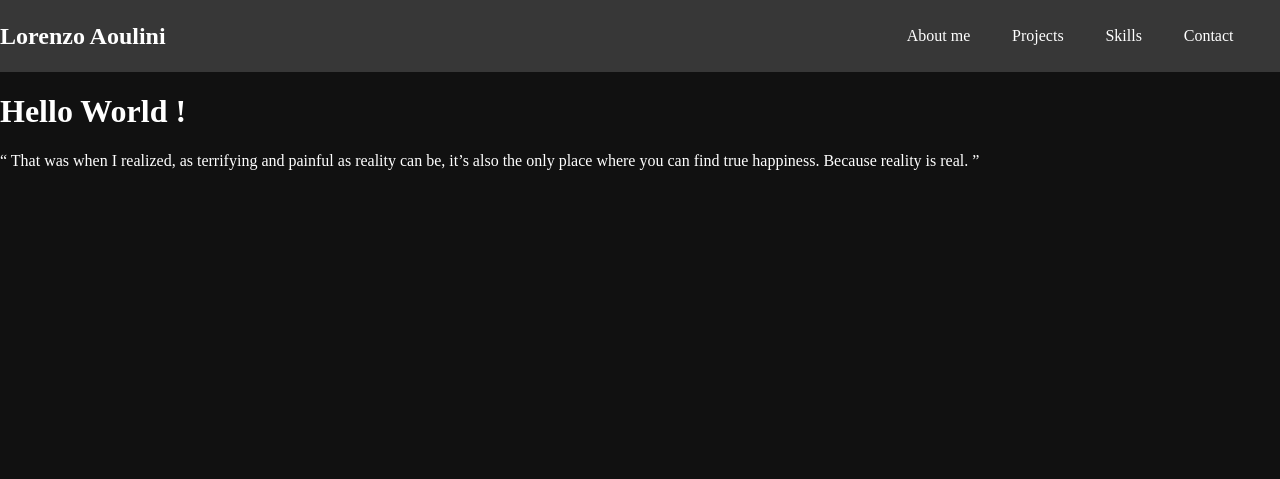
Repository: lolo298/lolo298.github.io
Page: index.html
These files come from the project's save history. The page is drawn as it stood at one moment and after the next save; the edit follows.
The browser window is 1280 px wide. The pictures show the whole page.

Above is the page before, as saved 2022-05-10 13:17:18.

After the next save:
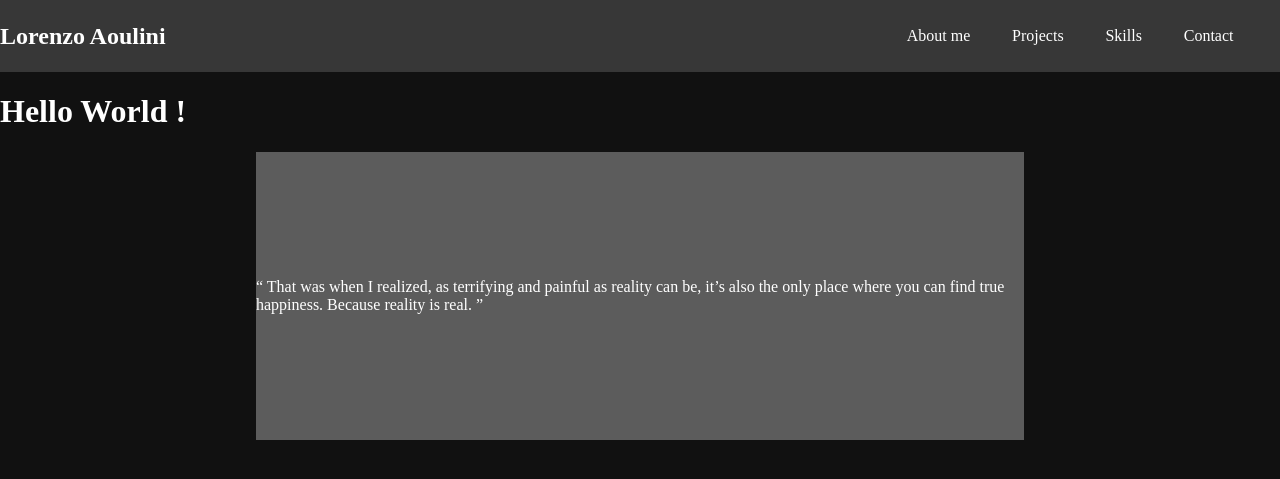
Saved 116 s later.
--- a/css/style.css
+++ b/css/style.css
@@ -8,6 +8,9 @@ body {
     width: 100vw;
     height: 100vh;
 }
+
+
+/* styling of navbar */
 
 .main-container {
     color: white;
@@ -60,3 +63,17 @@ body {
 .main-navbar-item>div {
     width: max-content;
 }
+
+
+/* styling of quote */
+
+.quote-container {
+    width: 60%;
+    height: 40%;
+    margin: 0 auto;
+    display: flex;
+    justify-content: center;
+    align-items: center;
+    flex-direction: column;
+    background-color: rgba(196, 196, 196, 0.42);
+}
